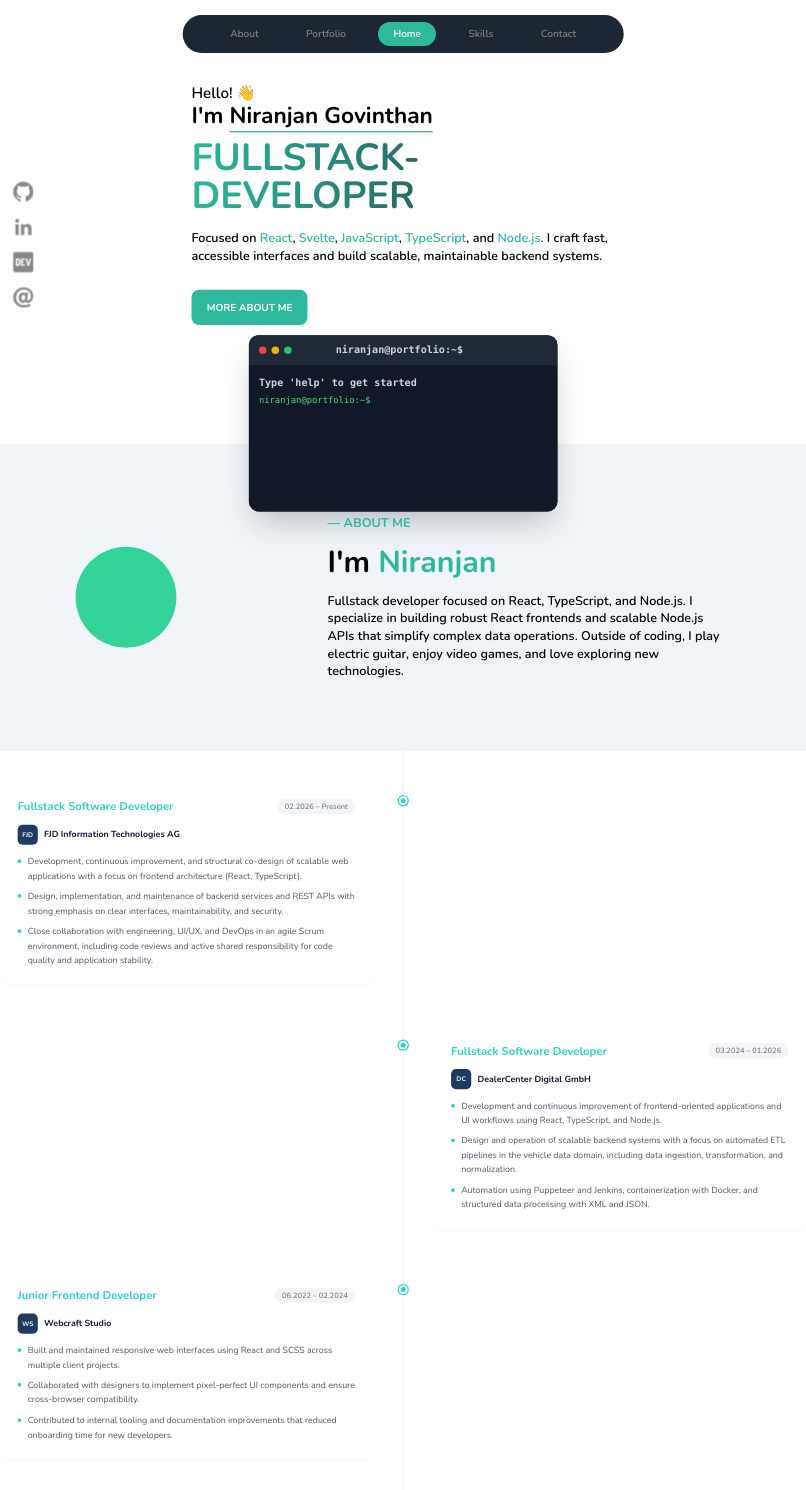
Repository: Niranjan-webdev/My-portfolio
Page: /
The author's editor kept a copy of each file at every save. The page is drawn from the files as they stood at one save, then again after the next save.
The browser window is 1280 px wide. The pictures show the whole page, at 63% of full size.
The project was rebuilt for these pictures with package versions that can differ from the ones it lists, and the page was loaded fresh each time. Also part of the build but not shown: next.config.mjs.

Above is the page before, as saved 2026-03-21 11:06:31.

### src/index.css

body {

  margin: 0;
  font-family: "Nunito", sans-serif;
  -webkit-font-smoothing: antialiased;
  -moz-osx-font-smoothing: grayscale;
}

code {
  font-family: source-code-pro, Menlo, Monaco, Consolas, 'Courier New',
    monospace;
}

### src/App.js
import logo from './logo.svg';
import './App.css';
import { RiHeartFill } from '@remixicon/react'
import { Topnavbar, MainContainer } from './components';
// import Topnavbar from './components/Topnavbar';

function App() {
  return (
   <>
    <Topnavbar/>
    <MainContainer/>
   </>
  );
}

export default App;

### src/App.css
@import url('https://fonts.googleapis.com/css2?family=Fira+Code:wght@300..700&family=Nunito:ital,wght@0,200..1000;1,200..1000&display=swap');

@tailwind base;
@tailwind components;
@tailwind utilities;


.topbar__wrapper{
    @apply w-full flex justify-center
}
.topbar__content{
    @apply  py-2 bg-[#1d2734] mt-6 px-6 py-[18px] rounded-[30px] w-[700px]
}
.topbar__content ul {
   @apply flex justify-evenly
}
.topbar__content ul li{

}
.topbar__content ul li a{
    @apply  font-semibold py-2 px-6 rounded-full
}
/* .topbar__content ul li a:hover{
    @apply  text-lg
} */
.socialmedia__bar a img{
    @apply opacity-50
}
/* .burgerMenu span{
    @apply
} */

### src/components/index.js
export {default as Topnavbar} from "./Topnavbar"
export {default as MainContainer} from "./MainContainer"
export {default as Terminal} from "./terminal"
export {default as Timeline} from "./timeLine"
export {default as TimelineCard} from "./TimelineCard"

export {default as github} from "../assets/github-logo-dark.png"
export {default as linkedIn} from "../assets/linkedin-logo-dark.png"
export {default as DevTo} from "../assets/devto-logo-light.png"
export {default as mail} from "../assets/mail-logo-dark.5ab6061889d3fa3a24ef.png"

### src/components/Topnavbar.js
import { useState } from 'react'
import React from 'react'
import logo from '../assets/logo.svg'

function Topnavbar() {
    const [activeTab, setActiveTab] = useState('Home')
    const [isMenuOpen, setIsMenuOpen] = useState(false)

    const navItems = ['About', 'Portfolio', 'Home', 'Skills', 'Contact']

    const handleTabClick = (tabName) => {
        setActiveTab(tabName)
        console.log('Active tab changed to:', tabName)
    }
    const handleModal = () => {
        setIsMenuOpen(!isMenuOpen)
    }
    return (
        <>
            <div className='topbar__wrapper'>
                <nav className='topbar__content'>
                    <ul className=''>
                        {navItems.map((item) => (
                            <li key={item}>
                                <a
                                    onClick={() => handleTabClick(item)}
                                    className={`cursor-pointer transition-colors duration-200 ${activeTab === item
                                            ? 'bg-[#2eb89c] text-white font-semibold px-4 py-2 rounded'
                                            : 'text-[#808080] hover:text-[#2eb89c] px-4 py-2'
                                        }`}
                                >
                                    {item}
                                </a>
                            </li>
                        ))}
                    </ul>
                </nav>
            </div>
           {/* <div className='responsive__topbar fixed bg-white z-50'>
                <button className='burgerMenu fixed right-10 top-10 flex flex-col gap-[3px]'
                onClick={handleModal}>
                    <span className={`px-[12px] py-[2px] bg-black w-full rounded transition-transform duration-300
                      ${  isMenuOpen? 'rotate-45 translate-y-1.5' : ''
                    }`}
                   ></span>
                    <span className={`px-[12px] py-[2px] bg-black w-full rounded
                         ${  isMenuOpen? 'opacity-0' : ''
                }`}></span>
                    <span className={`px-[12px] py-[2px] bg-black w-full rounded transition-transform duration-300
                      ${  isMenuOpen? '-rotate-45 -translate-y-1.5' : ''
                    }`}></span>
                </button>
                <ul className={`responsive__content h-screen w-screen flex flex-col items-center justify-evenly
                ${isMenuOpen ? 'h-screen opacity-100' : 'max-h-0 opacity-0'}`}>
                {navItems.map((item) => (
                            <li key={item}>
                                <a
                                    onClick={() => handleTabClick(item)}
                                    className={"text-2xl font-bold"}>
                                    {item}
                                </a>
                            </li>
                        ))}
                </ul>
            </div>  */}
        </>
    )
}

export default Topnavbar

### src/components/MainContainer.js
import React from 'react'
import hero from '../assets/hero.png'
import logoOutline from '../assets/logo-outline.svg'
import dotcircles from '../assets/dotcircles.svg'
import { Terminal, github, linkedIn, mail, DevTo } from "./index"
import TimeLine from './timeLine'
// import OwlCarousel from 'react-owl-carousel';
// import 'owl.carousel/dist/assets/owl.carousel.css';
// import 'owl.carousel/dist/assets/owl.theme.default.css';

function MainContainer() {
    return (
        <>
            {/* Hero Banner start */}
            <section className='w-full'>
                {/* Social media bar */}
                <div className='socialmedia__bar ml-[1.3rem] fixed top-[40%] flex md:flex-col flex-col gap-6 w-[32px]'>
                    <a><img src={github} /></a>
                    <a><img src={linkedIn} /></a>
                    <a><img src={DevTo} /></a>
                    <a><img src={mail} /></a>
                </div>
                {/* Social media bar */}
                <div className='hero__banner h-[calc(100vh-100px)] flex items-center justify-around px-[5rem] py-[3rem] md:flex flex-wrap gap-4'>
                    <div className='banner__content w-3/5'>
                        <h4 className='text-2xl font-semibold'>Hello! 👋</h4>
                        <h2 className='text-4xl mb-4 font-bold'>I'm <span className='border-b-2 border-[#2eb89c]'>Niranjan Govinthan</span></h2>
                        <h1 className='text-6xl mb-6 font-bold bg-gradient-to-r from-[#2eb89c] to-[#1d2734] text-transparent bg-clip-text'>FULLSTACK-DEVELOPER</h1>
                        <p className='text-xl mb-10 font-semibold'>Focused on  <span className='text-[#2eb89c]'>React</span>,  <span className='text-[#2eb89c]'>Svelte</span>, <span className='text-[#2eb89c]'>JavaScript</span>, <span className='text-[#2eb89c]'>TypeScript</span>, and <span className='text-[#2eb89c]'>Node.js</span>. I craft fast, accessible interfaces and build scalable, maintainable backend systems.</p>
                        <button className='py-4 px-6 bg-[#2eb89c] hover:bg-[#79cdb9] rounded-[12px] text-white text-base font-bold'>MORE ABOUT ME</button>
                    </div>
                    <Terminal />
                </div>
            </section>
            {/* Hero Banner end */}

            {/* About me */}
            <section className=' about__me flex bg-[#f1f5f9]'>
                <div className='about__container w-full py-[7rem] flex items-center justify-around'>
                    <div className='profile'>
                        <div className='p-20 rounded-full bg-emerald-400'></div>
                    </div>
                    <div className='about__content w-1/2'>
                        <h4 className='text-xl font-bold text-[#2eb89c] mb-6'>— ABOUT ME</h4>
                        <h2 className='text-5xl text-[#2eb89c] mb-6 font-bold'><span className='text-black'>I'm</span> Niranjan</h2>
                        <p className='text-xl font-[600]'>Fullstack developer focused on React, TypeScript, and Node.js. I specialize in building robust React frontends and scalable Node.js APIs that simplify complex data operations. Outside of coding, I play electric guitar, enjoy video games, and love exploring new technologies.</p>
                    </div>
                </div>

            </section>
            <TimeLine/>
            {/* About me */}
        </>
    )
}

export default MainContainer

### src/components/timeLine.js
import React from 'react';
import TimelineCard from './TimelineCard';

const timelineData = [
  {
    date: '02.2026 – Present',
    title: 'Fullstack Software Developer',
    company: 'FJD Information Technologies AG',
    companyInitials: 'FJD',
    bullets: [
      'Development, continuous improvement, and structural co-design of scalable web applications with a focus on frontend architecture (React, TypeScript).',
      'Design, implementation, and maintenance of backend services and REST APIs with strong emphasis on clear interfaces, maintainability, and security.',
      'Close collaboration with engineering, UI/UX, and DevOps in an agile Scrum environment, including code reviews and active shared responsibility for code quality and application stability.',
    ],
    side: 'left',
  },
  {
    date: '03.2024 – 01.2026',
    title: 'Fullstack Software Developer',
    company: 'DealerCenter Digital GmbH',
    companyInitials: 'DC',
    bullets: [
      'Development and continuous improvement of frontend-oriented applications and UI workflows using React, TypeScript, and Node.js.',
      'Design and operation of scalable backend systems with a focus on automated ETL pipelines in the vehicle data domain, including data ingestion, transformation, and normalization.',
      'Automation using Puppeteer and Jenkins, containerization with Docker, and structured data processing with XML and JSON.',
    ],
    side: 'right',
  },
  {
    date: '06.2022 – 02.2024',
    title: 'Junior Frontend Developer',
    company: 'Webcraft Studio',
    companyInitials: 'WS',
    bullets: [
      'Built and maintained responsive web interfaces using React and SCSS across multiple client projects.',
      'Collaborated with designers to implement pixel-perfect UI components and ensure cross-browser compatibility.',
      'Contributed to internal tooling and documentation improvements that reduced onboarding time for new developers.',
    ],
    side: 'left',
  },
];

function TimeLine() {
  return (
    <div className="relative w-full py-12">
      {/* Central vertical line */}
      <div className="absolute left-1/2 top-0 bottom-0 w-px bg-gray-200 -translate-x-1/2" />

      <div className="flex flex-col gap-16 relative">
        {timelineData.map((item, i) => (
          <TimelineCard key={i} item={item} />
        ))}
      </div>
    </div>
  );
}

export default TimeLine;

### src/components/TimelineCard.js
import React from 'react';

function TimelineCard({ item }) {
    const isLeft = item.side === 'left';

    const Card = (
      <div className="bg-white rounded-2xl p-7 shadow-sm hover:shadow-md transition-shadow duration-200">
        {/* Header: title + date badge */}
        <div className="flex items-start justify-between gap-3 flex-wrap mb-4">
          <h3 className="text-[#2dd4bf] font-bold text-lg leading-snug m-0">
            {item.title}
          </h3>
          <span className="bg-gray-100 text-gray-500 text-xs font-medium px-3 py-1 rounded-full whitespace-nowrap shrink-0">
            {item.date}
          </span>
        </div>

        {/* Company */}
        <div className="flex items-center gap-2.5 mb-4">
          <div className="w-8 h-8 rounded-lg bg-[#1e3a5f] text-white text-[0.65rem] font-bold flex items-center justify-center tracking-wide shrink-0">
            {item.companyInitials}
          </div>
          <span className="text-sm font-bold text-gray-900">{item.company}</span>
        </div>

        {/* Bullets */}
        <ul className="flex flex-col gap-2.5 p-0 m-0 list-none">
          {item.bullets.map((b, i) => (
            <li key={i} className="flex gap-2.5 text-sm text-gray-600 leading-relaxed">
              <span className="w-1.5 h-1.5 rounded-full bg-[#2dd4bf] shrink-0 mt-[7px]" />
              <span>{b}</span>
            </li>
          ))}
        </ul>
      </div>
    );

    return (
      <div className="grid grid-cols-[1fr_48px_1fr] items-start relative">
        {isLeft ? (
          <>
            <div className="pr-6">{Card}</div>
            <div className="flex justify-center pt-6 z-10">
              <div className="w-3.5 h-3.5 rounded-full bg-[#2dd4bf] border-[3px] border-white ring-2 ring-[#2dd4bf] shrink-0" />
            </div>
            <div />
          </>
        ) : (
          <>
            <div />
            <div className="flex justify-center pt-6 z-10">
              <div className="w-3.5 h-3.5 rounded-full bg-[#2dd4bf] border-[3px] border-white ring-2 ring-[#2dd4bf] shrink-0" />
            </div>
            <div className="pl-6">{Card}</div>
          </>
        )}
      </div>
    );
  }

  export default TimelineCard;

### tailwind.config.js
/** @type {import('tailwindcss').Config} */
module.exports = {
  content: [
    "./src/**/*.{js,jsx,ts,tsx}",
  ],
  theme: {
    container: {
      margin: "3rem",
    },
    extend: {},
  },
  plugins: [],
}

Loaded but not shown: public/index.html (common file); src/index.js (common file); src/reportWebVitals.js (common file); src/components/terminal.js (269 lines, source omitted)

After the next save:
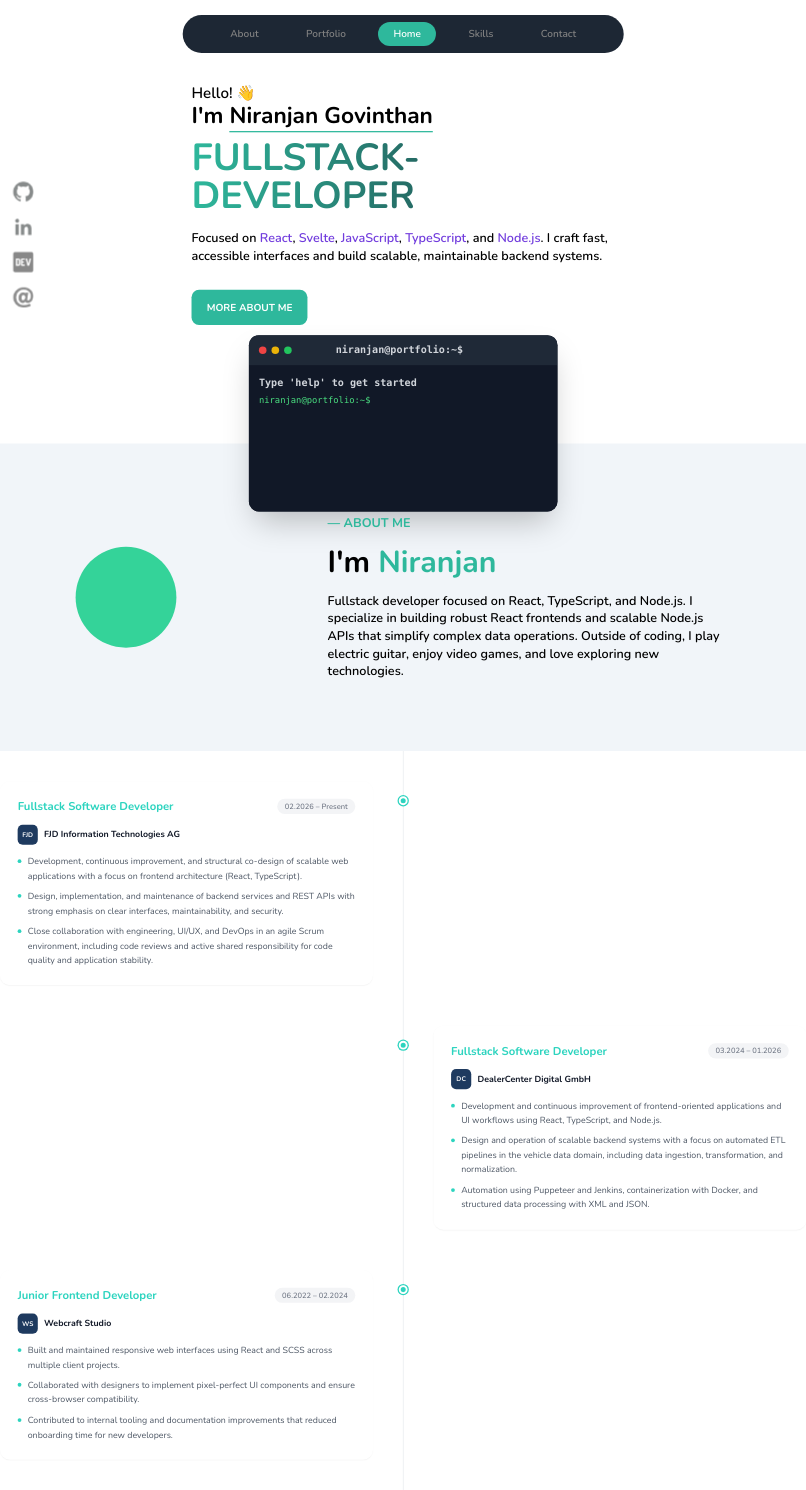
Saved 23 s later.
--- a/src/components/MainContainer.js
+++ b/src/components/MainContainer.js
@@ -26,7 +26,7 @@ function MainContainer() {
                         <h4 className='text-2xl font-semibold'>Hello! 👋</h4>
                         <h2 className='text-4xl mb-4 font-bold'>I'm <span className='border-b-2 border-[#2eb89c]'>Niranjan Govinthan</span></h2>
                         <h1 className='text-6xl mb-6 font-bold bg-gradient-to-r from-[#2eb89c] to-[#1d2734] text-transparent bg-clip-text'>FULLSTACK-DEVELOPER</h1>
-                        <p className='text-xl mb-10 font-semibold'>Focused on  <span className='text-[#2eb89c]'>React</span>,  <span className='text-[#2eb89c]'>Svelte</span>, <span className='text-[#2eb89c]'>JavaScript</span>, <span className='text-[#2eb89c]'>TypeScript</span>, and <span className='text-[#2eb89c]'>Node.js</span>. I craft fast, accessible interfaces and build scalable, maintainable backend systems.</p>
+                        <p className='text-xl mb-10 font-semibold'>Focused on  <span className='text-[#713cdd]'>React</span>,  <span className='text-[#713cdd]'>Svelte</span>, <span className='text-[#713cdd]'>JavaScript</span>, <span className='text-[#713cdd]'>TypeScript</span>, and <span className='text-[#713cdd]'>Node.js</span>. I craft fast, accessible interfaces and build scalable, maintainable backend systems.</p>
                         <button className='py-4 px-6 bg-[#2eb89c] hover:bg-[#79cdb9] rounded-[12px] text-white text-base font-bold'>MORE ABOUT ME</button>
                     </div>
                     <Terminal />
